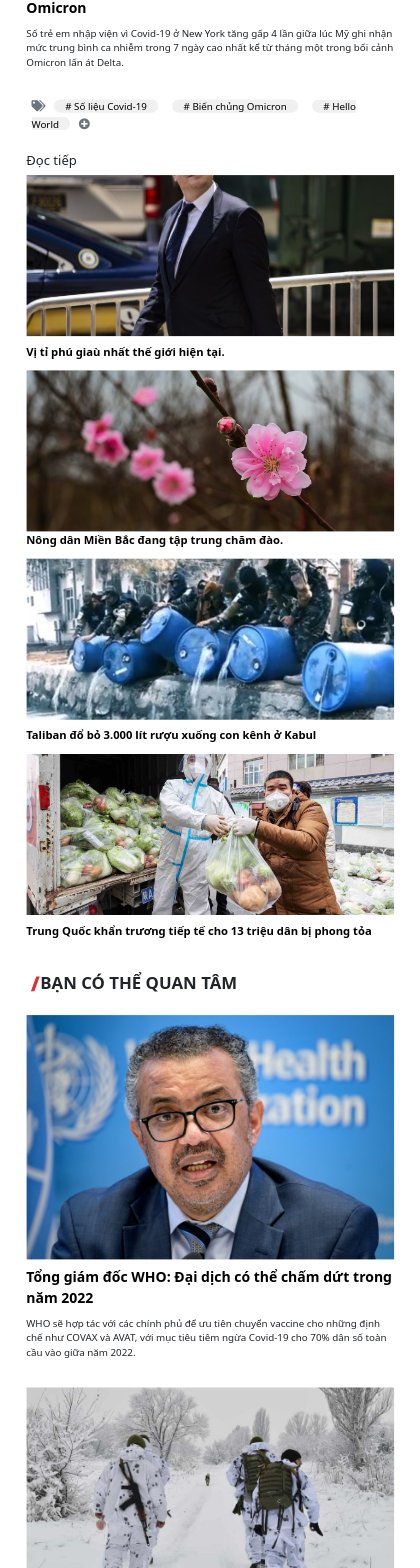
Repository: khanh2324/Java_Web
Page: WebContent/home-new/index.html
An editor plug-in stored every save of this project. The page is shown before and after the next save, followed by the edit.
The browser window is 600 px wide. The pictures show the part of the page from y = 3033 to 5273 px (the page is 9288 px tall before and 9368 px after), at 70% of full size.
Some web libraries are served in a nearby version.

Above is the page before, as saved 2022-01-06 10:09:54.

After the next save:
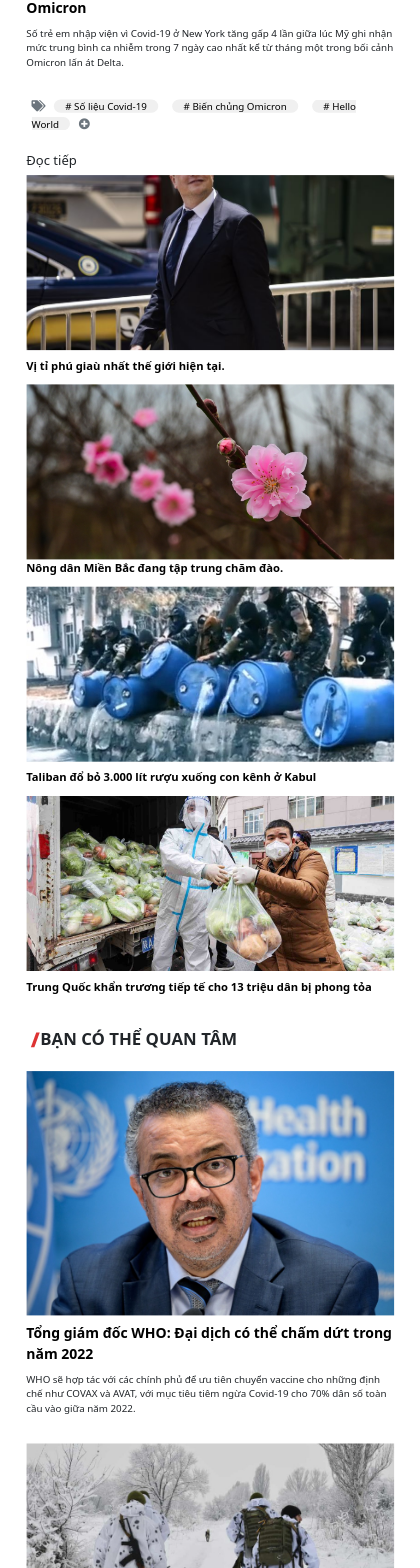
Saved 87 s later.
--- a/WebContent/home-new/css/responsive.css
+++ b/WebContent/home-new/css/responsive.css
@@ -61,7 +61,7 @@
   }
   .content-right_news-img {
     max-width: 100%;
-    height: 230px;
+    min-height: 250px;
   }
   .layout-content-right_news {
     padding: 0;
